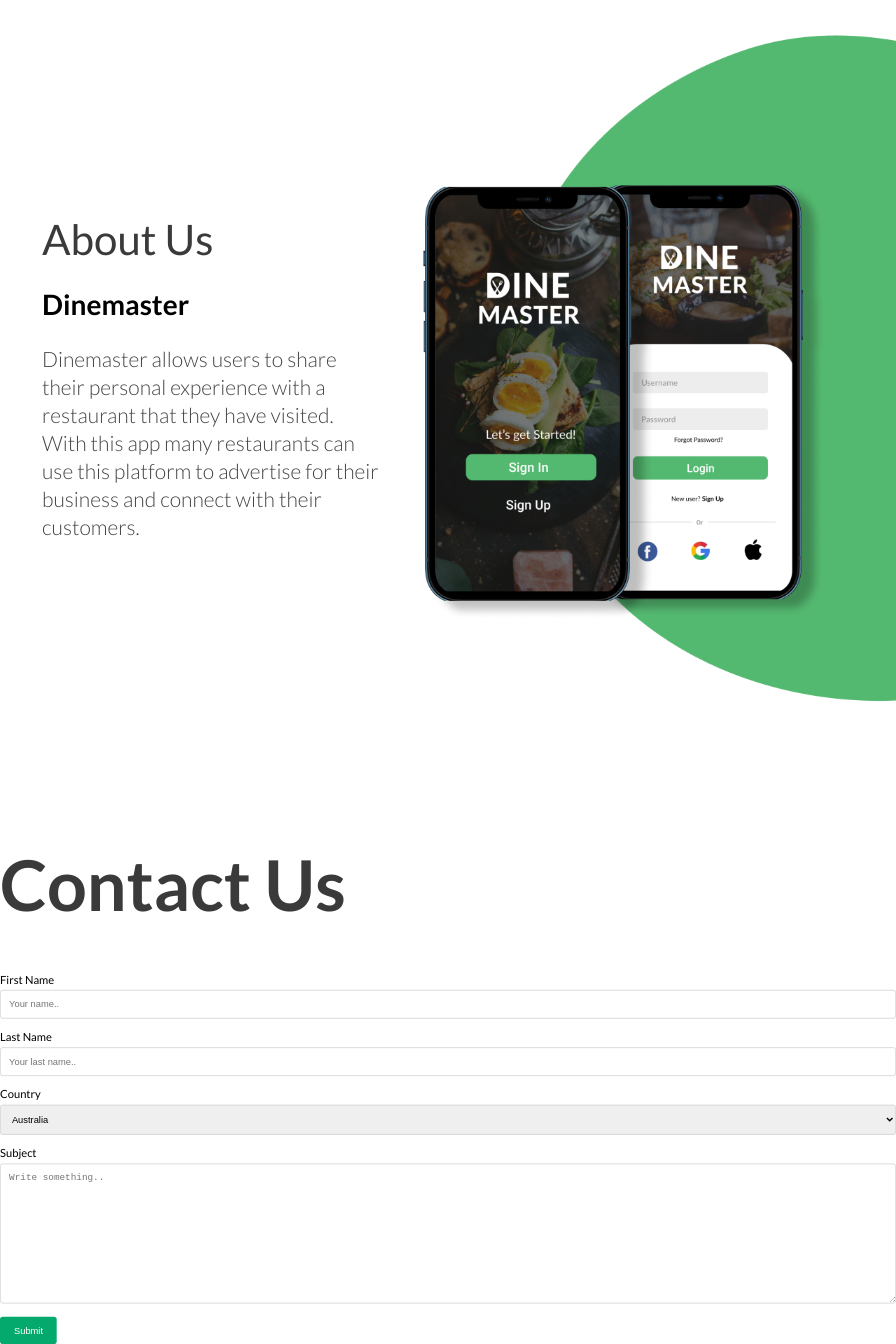
Repository: leahma1208/dinemaster
Page: index.html
The author's editor kept a copy of each file at every save. The page is drawn from the files as they stood at one save, then again after the next save.
The browser window is 1280 px wide. The pictures show the part of the page from y = 3083 to 5003 px (the page is 5003 px tall before and 4831 px after), at 70% of full size.
A picture or video elsewhere on the page could not be fetched, so the positions and the page height are approximate.

Above is the page before, as saved 2021-05-07 10:44:38.

After the next save:
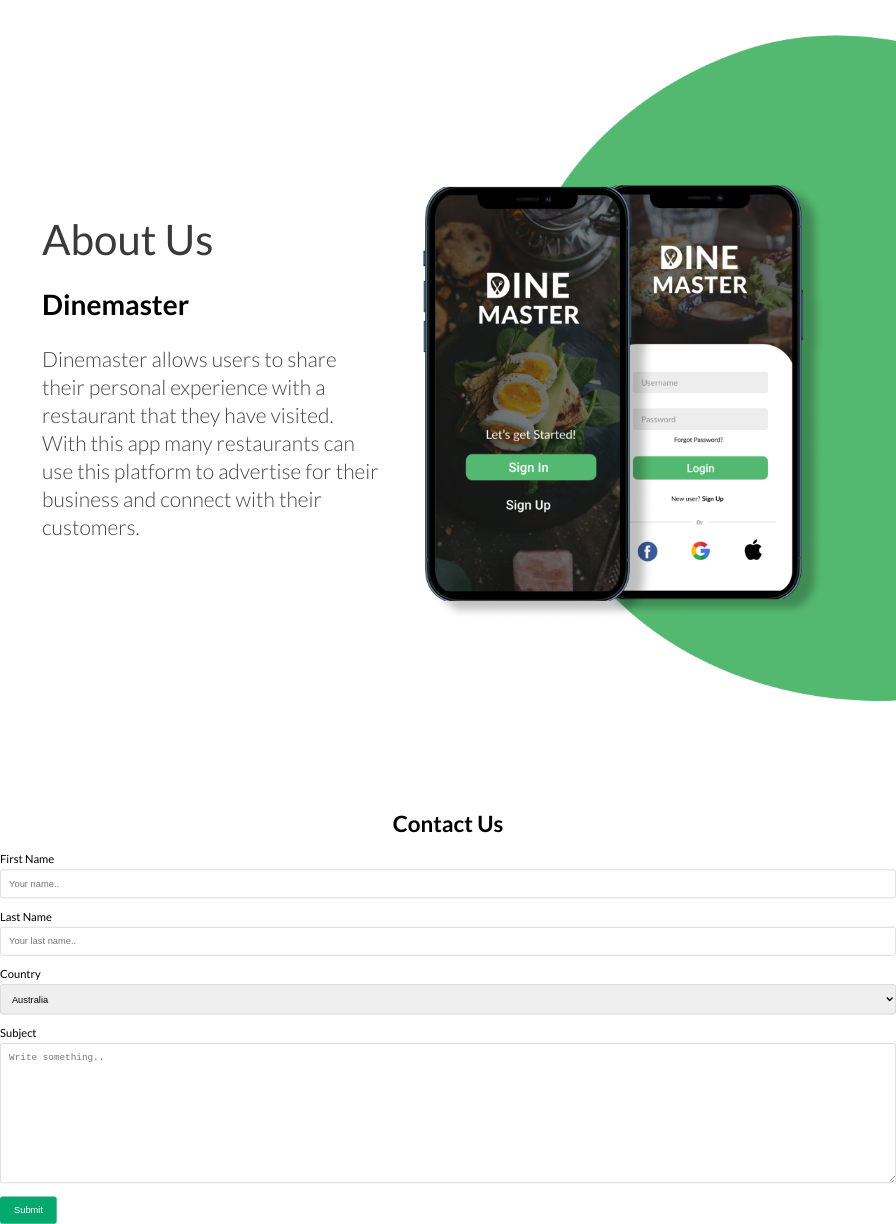
Saved 14 s later.
--- a/index.html
+++ b/index.html
@@ -92,7 +92,7 @@
 
 <!-- =========Contact Us================= -->
         <div>
-            <h1 class="bighead">Contact Us</h1>
+            <h1 class="Contact">Contact Us</h1>
             <form action="/action_page.php">
                 <label for="fname">First Name</label>
                 <input type="text" id="fname" name="firstname" placeholder="Your name..">
